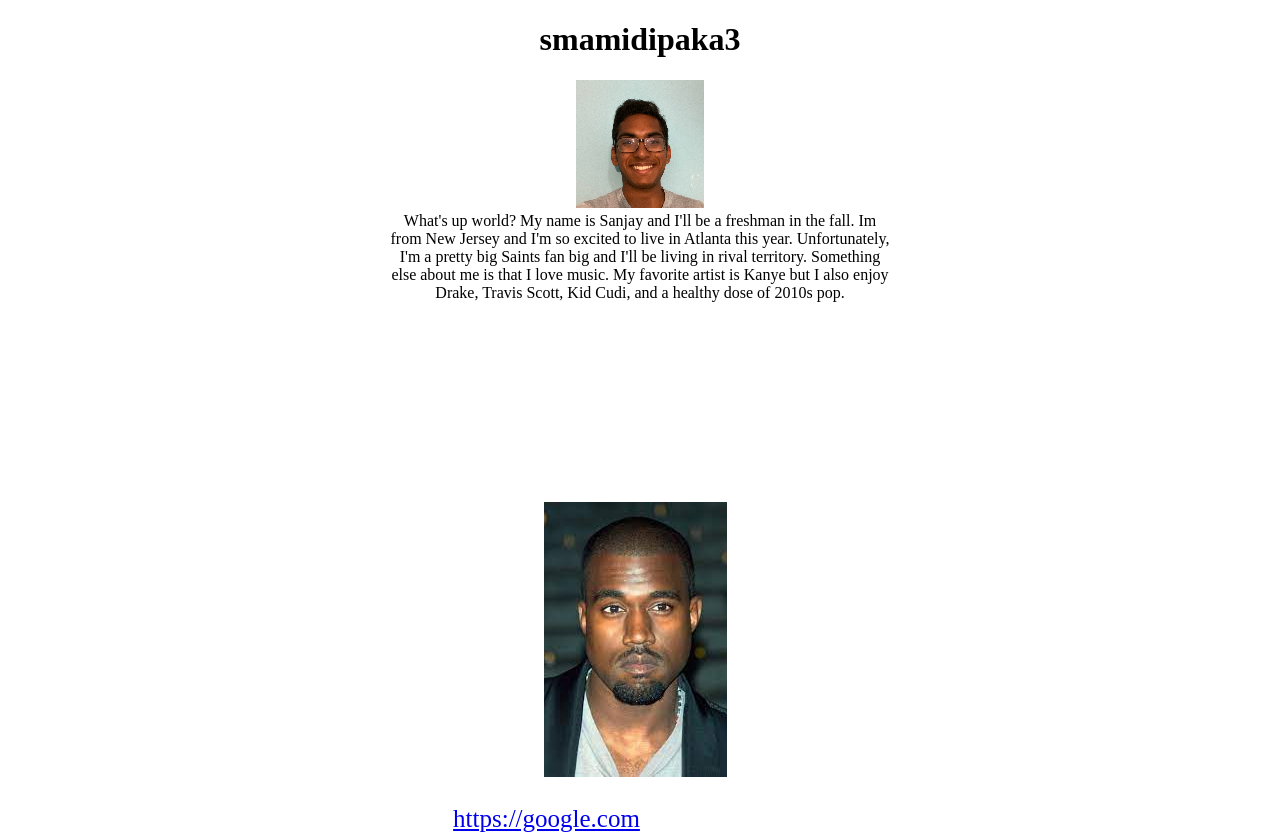
Repository: sanjayMamidipaka/cs1301
Page: lab01/index.html
These files come from the project's save history. The page is drawn as it stood at one moment and after the next save; the edit follows.
The browser window is 1280 px wide. The pictures show the whole page.

Above is the page before, as saved 2021-07-22 16:17:38.

### lab01/index.html
<!DOCTYPE html>

<head>
    <link rel="stylesheet" href="style.css">
  </head>

  <div class = "h1">
    <h1>smamidipaka3</h1>

    <img src="image.png" alt="My Picture">
    <p class = 'description'>
        What's up world? My name is Sanjay and I'll be a freshman in the fall. Im from New Jersey and I'm so excited to live in Atlanta this year.
        Unfortunately, I'm a pretty big Saints fan big and I'll be living in rival territory. Something else about me is that I love music. My favorite artist is Kanye but
        I also enjoy Drake, Travis Scott, Kid Cudi, and a healthy dose of 2010s pop.
    </p>

    <a class='link' href="https://google.com">https://google.com</a>

    <a href="https://www.kanyewest.com/" >
        <img class='kanye' src="kanye.jpeg" alt="The GOAT's pic">
    </a>
  </div>

### lab01/style.css
.h1 {
    text-align: center
}

.description {
    width: 500px;
    text-align: center;
    margin: auto;
}

.link {
    font-size: 25px;
    position: relative;
    top: 250px;
}

.kanye {
    position: relative;
    left: -100px;
    top: 200px;
}

After the next save:
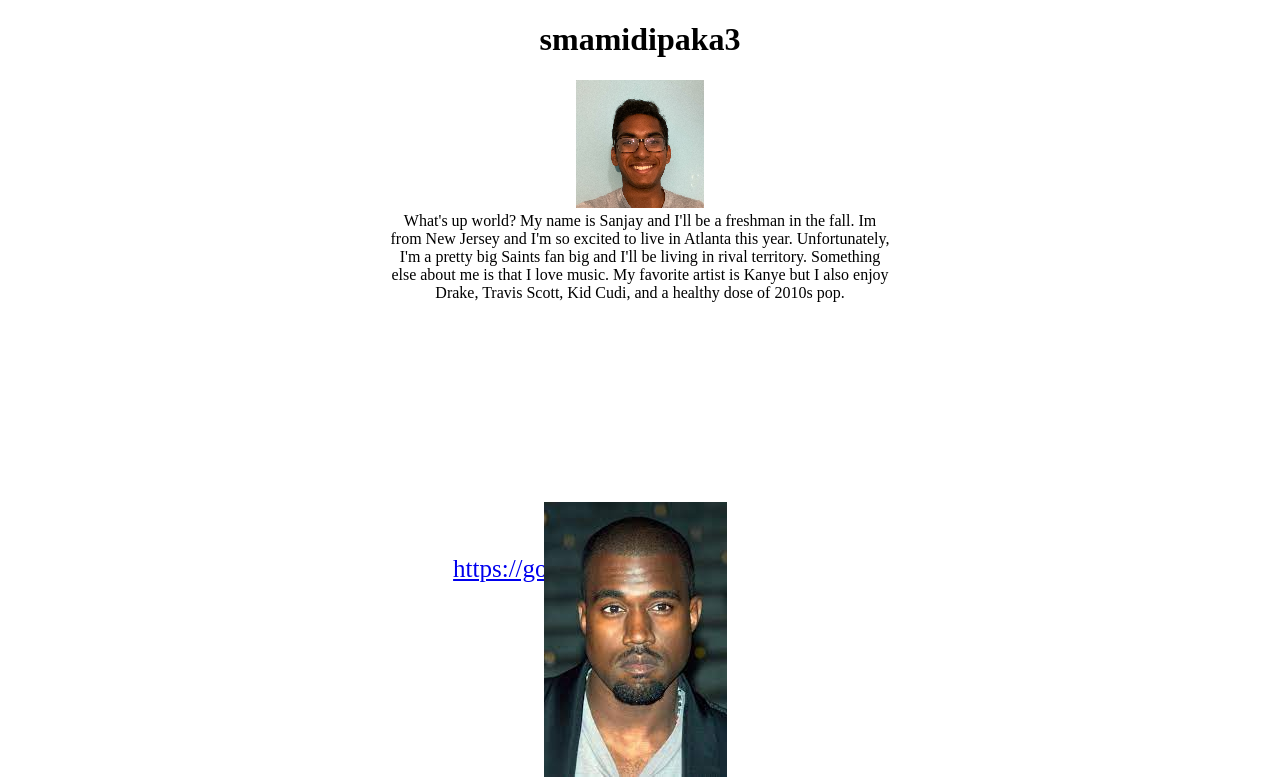
Saved 27 s later.
--- a/lab01/style.css
+++ b/lab01/style.css
@@ -10,7 +10,7 @@
 
 .link {
     font-size: 25px;
-    position: relative;
+    position: abosu;
     top: 250px;
 }
 
